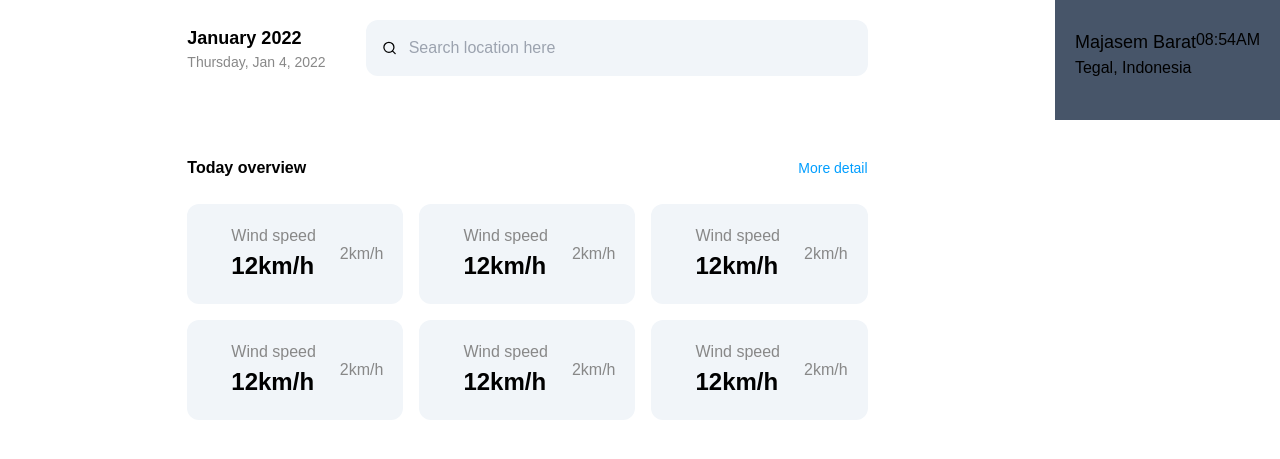
Repository: theweirdboiz/datawarehouse-ui
Page: /
An editor plug-in stored every save of this project. The page is shown before and after the next save, followed by the edit.
The browser window is 1280 px wide. The pictures show the whole page.
The project was rebuilt for these pictures with package versions that can differ from the ones it lists, and the page was loaded fresh each time. Also part of the build but not shown: vite.config.js.

Above is the page before, as saved 2022-11-23 16:37:41.

After the next save:
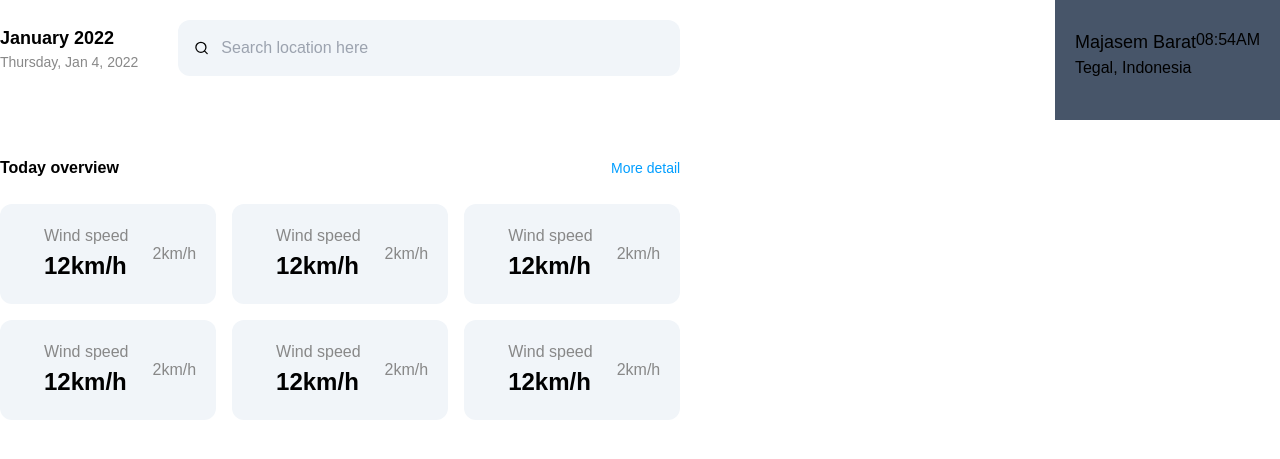
Saved 23 s later.
--- a/src/App.jsx
+++ b/src/App.jsx
@@ -12,7 +12,7 @@ function App() {
   return (
     <div className="container mx-auto">
       <div className="flex justify-between">
-        <section className="content max-w-3xl mx-auto">
+        <section className="content max-w-3xl">
           <div className={contentTop}>
             <div className="flex-col">
               <h3 className={date}>January 2022</h3>
